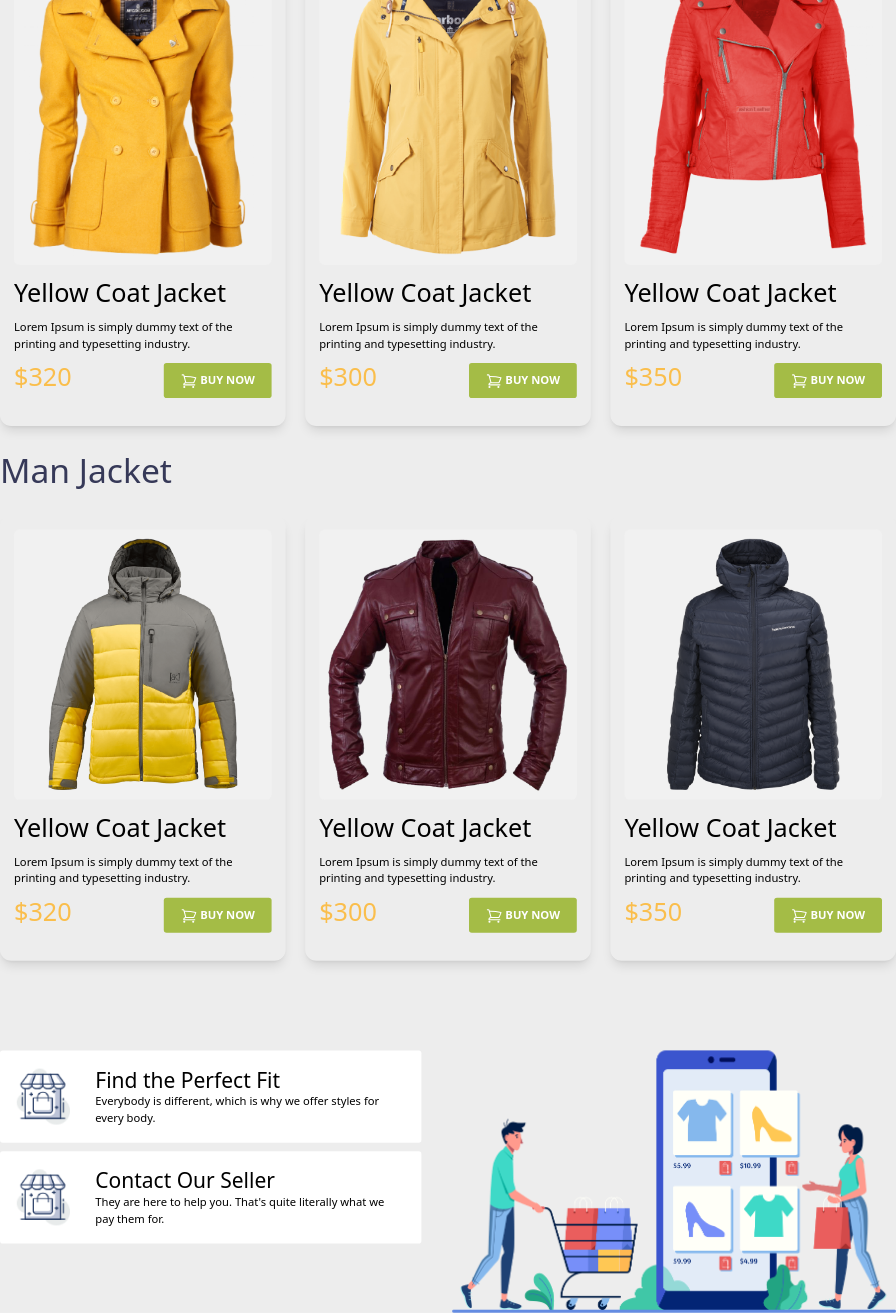
Repository: zjria/penguin-e-commerce-fashion
Page: index.html
The author's editor kept a copy of each file at every save. The page is drawn from the files as they stood at one save, then again after the next save.
The browser window is 1280 px wide. The pictures show the part of the page from y = 982 to 2902 px (the page is 2857 px tall before and 2902 px after), at 70% of full size.
Some web libraries are served in a nearby version.

Above is the page before, as saved 2022-10-07 10:09:57.

After the next save:
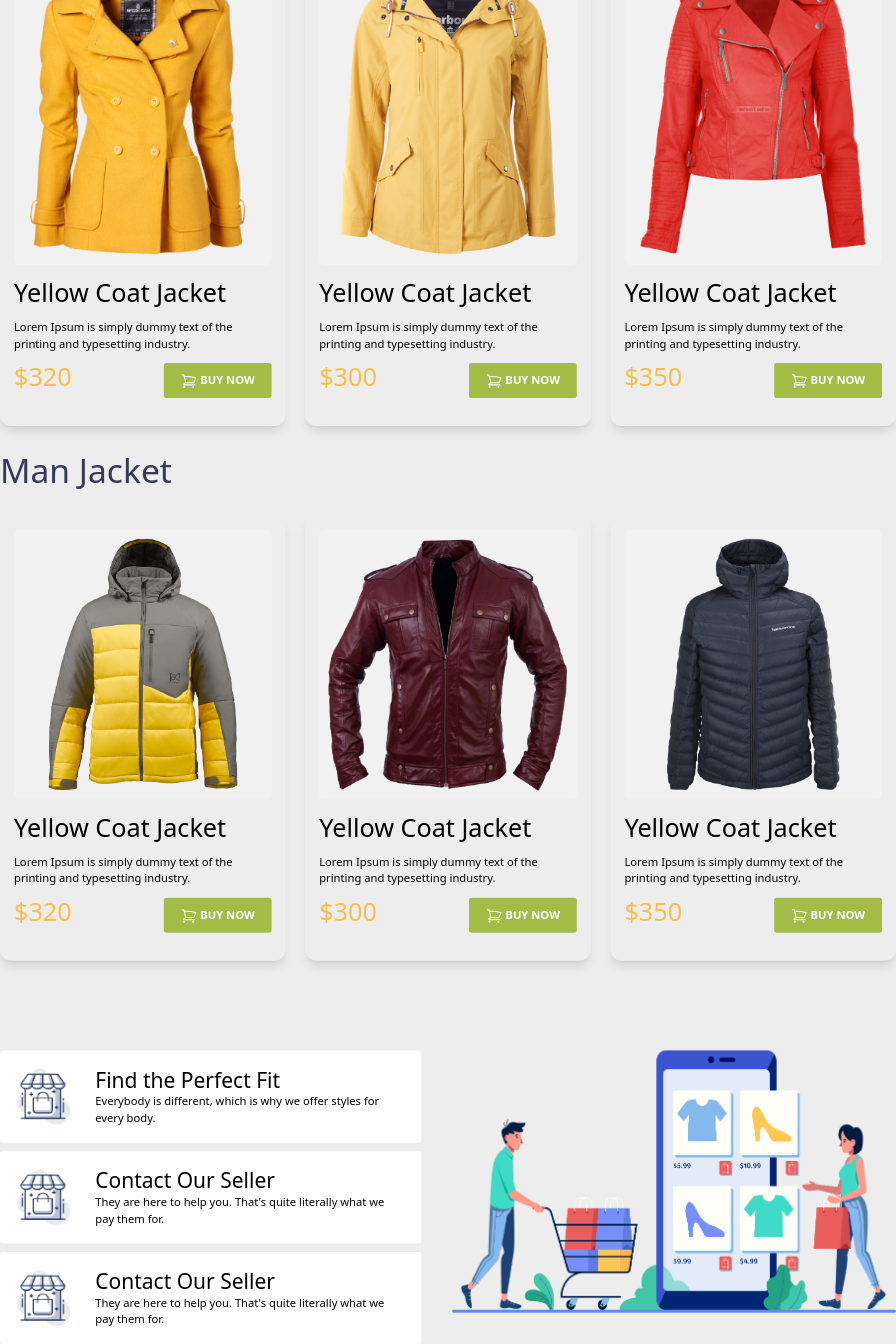
Saved 7 s later.
--- a/index.html
+++ b/index.html
@@ -240,6 +240,14 @@
                             literally what we pay them for.</p>
                     </div>
                 </div>
+                <div class="bg-white rounded flex p-6 justify-center items-center mr-8">
+                    <img class="w-20 h-20" src="images/house.png" alt="">
+                    <div class="text pl-9">
+                        <h4 class="text-3xl">Contact Our Seller</h4>
+                        <p>They are here to help you. That's quite
+                            literally what we pay them for.</p>
+                    </div>
+                </div>
             </div>
         </section>
     </main>
